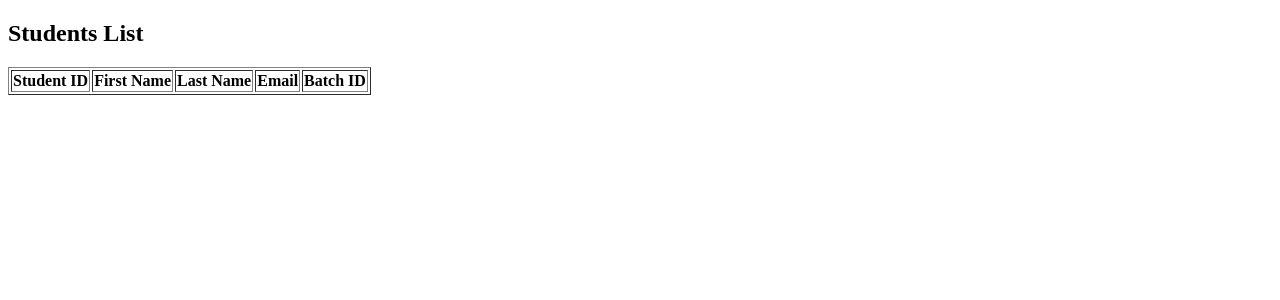
Repository: thomaschuajk/pgfsd_phase2project
Page: http://localhost/ZumbaRegApp/studentslist
An editor plug-in stored every save of this project. The page is shown before and after the next save, followed by the edit.
The browser window is 1280 px wide. The pictures show the whole page.
The page is served by Tomcat 10. Other server files are loaded and not shown. Queries for data that is not in the repository find no rows.

Above is the page before, as saved 2024-03-10 09:10:27.

### ZumbaRegApp/src/main/webapp/studentsList2.jsp
<%@ page language="java" contentType="text/html; charset=ISO-8859-1"
    pageEncoding="ISO-8859-1"%>
<%@ taglib uri = "http://java.sun.com/jsp/jstl/core" prefix = "c" %>
<!DOCTYPE html>
<html>
<head>
<meta charset="ISO-8859-1">
<title>Insert title here</title>
</head>
<body>
<h2>Students List</h2>

	<table border="1">
		<thead>
			<tr>
				<th>Student ID</th>
				<th>First Name</th>
				<th>Last Name</th>
				<th>Email</th>
				<th>Batch ID</th>
			</tr>
		</thead>
		<tbody>

			<c:forEach var="student" items="${students}">
		                <tr>
		                    <td>${student.getStudentId()}</td>
		                    <td>${student.getFName()}</td>
		                    <td>${student.getLName()}</td>
		                    <td>${student.getEMail()}</td>
		                    <td>${student.getBatchId()}</td>
		                    <td>
		                        <a href="editStudent?id=${student.getStudentId()}">Edit</a>
		                        <a href="deleteStudent?id=${student.getStudentId()}">Delete</a>
		                    </td>
		                </tr>
		     </c:forEach>

		</tbody>
	</table>


</body>
</html>

### ZumbaRegApp/src/main/java/com/zumba/app/StudentsListServlet.java
package com.zumba.app;

import jakarta.servlet.ServletException;
import jakarta.servlet.annotation.WebServlet;
import jakarta.servlet.http.HttpServlet;
import jakarta.servlet.http.HttpServletRequest;
import jakarta.servlet.http.HttpServletResponse;
import jakarta.servlet.http.HttpSession;

import java.io.IOException;
import java.io.PrintWriter;
import java.util.List;

/**
 * Servlet implementation class StudentsListServlet
 */
public class StudentsListServlet extends HttpServlet {
	private static final long serialVersionUID = 1L;

	private StudentDAO _studentDAO;

    /**
     * @see HttpServlet#HttpServlet()
     */
    public StudentsListServlet() {
        this._studentDAO = new StudentDAO();
    }

	/**
	 * @see HttpServlet#doGet(HttpServletRequest request, HttpServletResponse response)
	 */
	protected void doGet(HttpServletRequest request, HttpServletResponse response) throws ServletException, IOException {
		// TODO Auto-generated method stub
		List<Student> students = this._studentDAO.GetAllStudents();
		System.out.println(students.size());
		//HttpSession session =  request.getSession(true);
		//session.setAttribute("students", students);
		request.setAttribute("students", students);
		request.getRequestDispatcher("studentsList2.jsp").forward(request, response);

	}

}

After the next save:
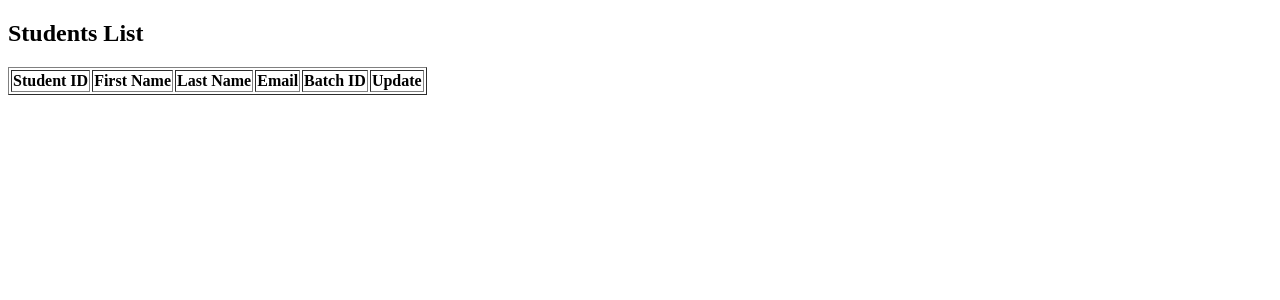
Saved 68 s later.
--- a/ZumbaRegApp/src/main/webapp/studentsList2.jsp
+++ b/ZumbaRegApp/src/main/webapp/studentsList2.jsp
@@ -18,6 +18,7 @@
 				<th>Last Name</th>
 				<th>Email</th>
 				<th>Batch ID</th>
+				<th>Update</th>
 			</tr>
 		</thead>
 		<tbody>
